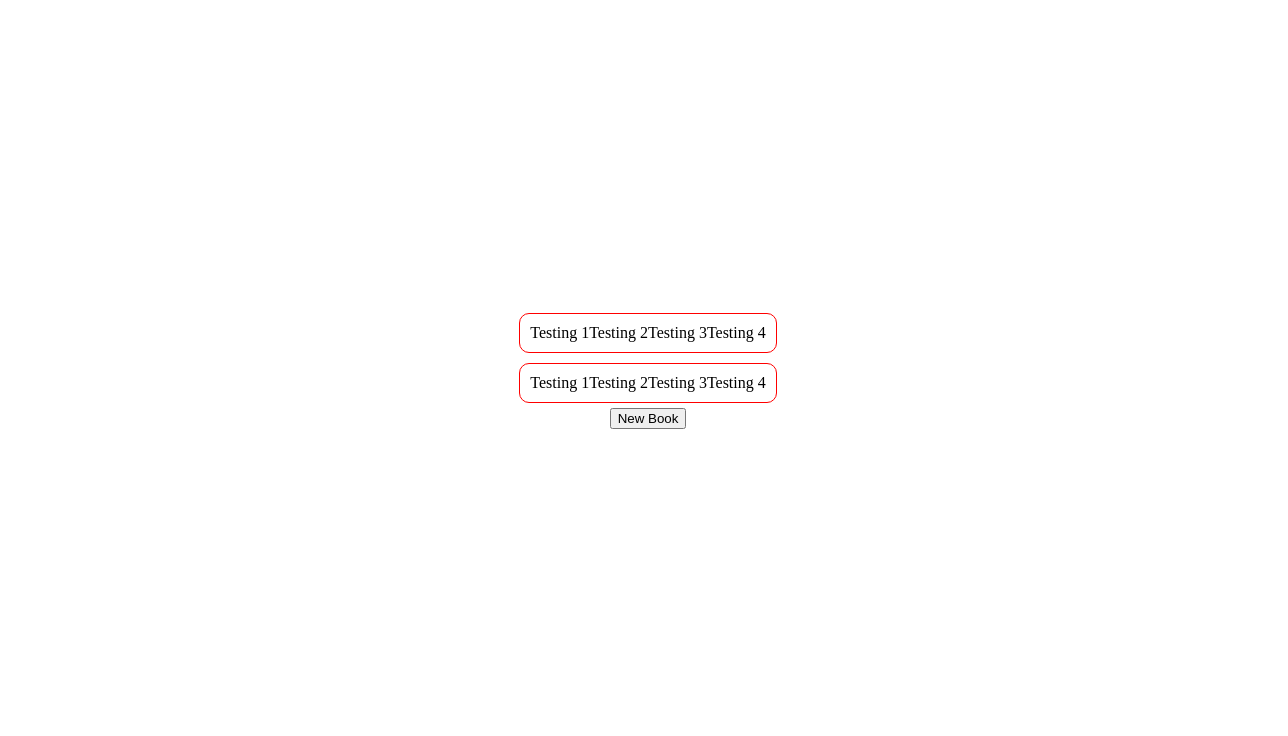
Repository: kocokoy/library
Page: index.html
An editor plug-in stored every save of this project. The page is shown before and after the next save, followed by the edit.
The browser window is 1280 px wide. The page is 1288 px wide, so the pictures cover 1288 px, including what lies to the right of the window. The pictures show the whole page.

Above is the page before, as saved 2024-11-05 15:46:54.

After the next save:
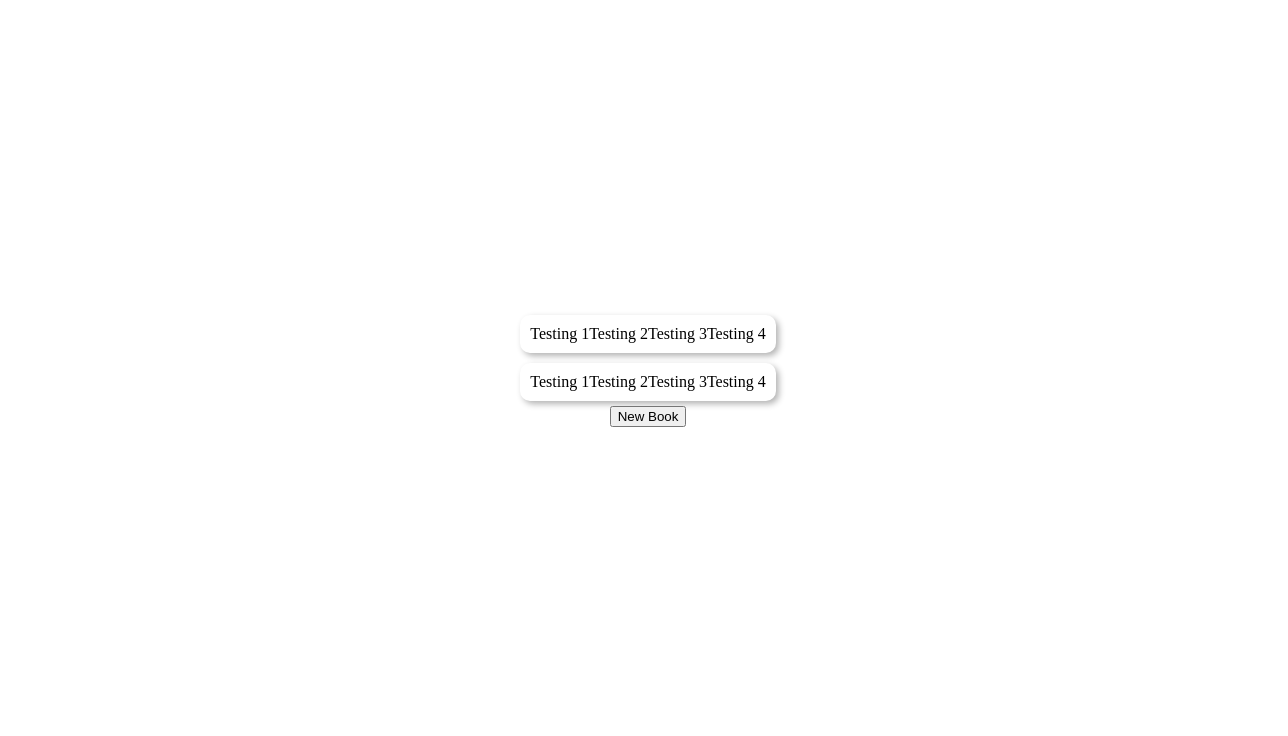
Saved 2 min 35 s later.
--- a/style.css
+++ b/style.css
@@ -10,7 +10,7 @@ body{
   align-items: center;
 }
 .book-card{
-  border: 1px solid red;
+  box-shadow: 3px 3px 6px rgba(0, 0, 0, 0.3);
   padding: 10px;
   border-radius: 10px;
   display: flex;
